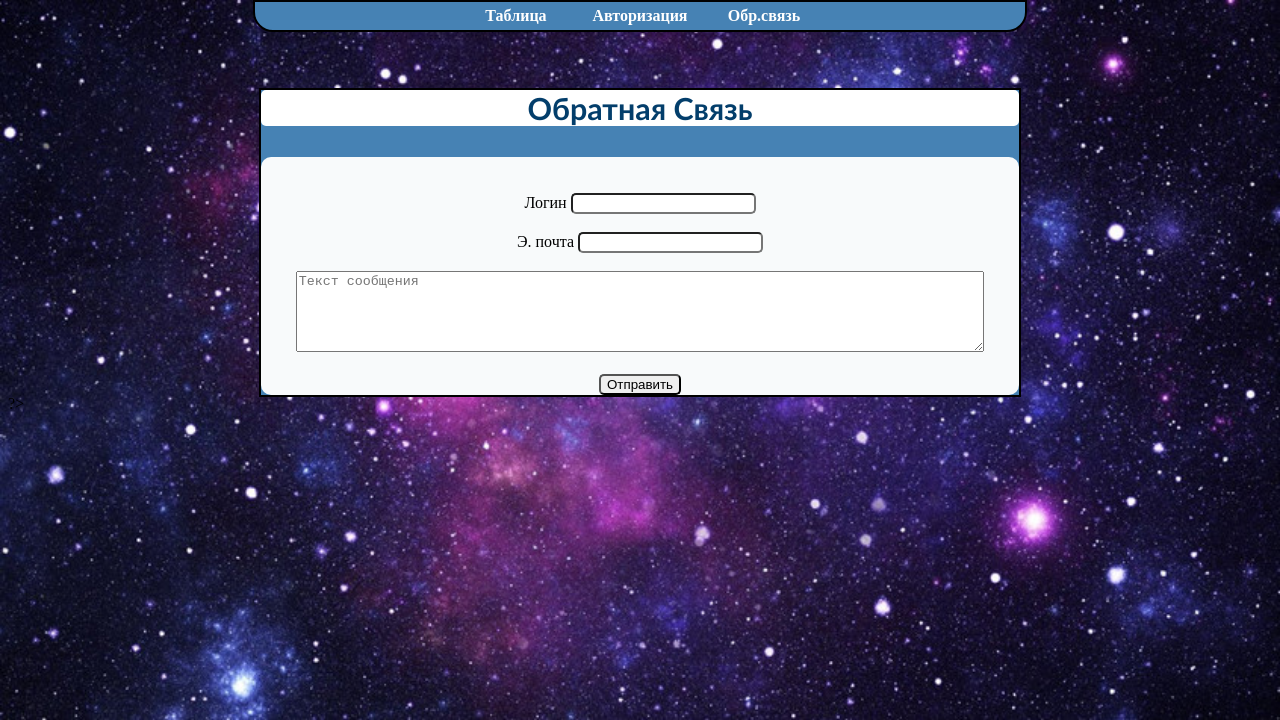
Repository: BeliaevAleksei/WeBCourse
Page: http://localhost/back.php
The author's editor kept a record of every edit. The page is drawn from the files as they stood at one moment, then again after the next edit.
The browser window is 1280 px wide. The pictures show the whole page.
The page is run by PHP 8.4 with error messages shown; the project is at /var/www/html/.

Above is the page before.

### Учебная практика/back.php
<!DOCTYPE html>
<html>
<head>
	<link rel="icon" type="image/x-icon" href="./img/znachok.jpg">
	<meta http-equiv="Content-Type" content="text/html; charset=utf-8" />
	<link rel="stylesheet" href="css/main.css">
	<title>Managment</title>

</head>
<body>
	<div class="page">
		<div class="header">
			<ul id="navbar">
				<li><a href="index.php">Таблица</a></li>
				<li><a href="authorization.php">Авторизация</a></li>
				<li><a href="back.php">Обр.связь</a></li>
			</ul>
		</div>
		<div class="main-text">
				<h3>Обратная Связь</h3>
			<div class="main-text-content">
			    <br><br>
				<form action="mail.php" method="post">
					<label for="logins"> Логин </label>
					<input type="text" required name="login" >
					<br><br>
					<label>
						Э. почта
						<input type="email" required name = "email"></input>
					</label>
					<br><br>
					<textarea required name="message" id="about" rows="5" placeholder="Текст сообщения"></textarea>
					<br><br>
					<input type="submit" value="Отправить">
					</form>
				</div>
			</div>
			</div>
			?>
	</div>
</div>
</div>
</body>

### Учебная практика/css/main.css

@media (min-width: 1024px) {
	body
	{
		background: url(../img/fon.jpg);
		background-position: center center;
		background-size: cover;
		background-attachment: fixed;
	}
	.main-text-content > img {
		width: 49%;
		height: 300px;
		display: inline-block;
	}
	a{
		font-size: 1.0em;
	}
	p{
		font-size: 1.0em;
	}

	h3{
		font-size: 1.9em;
	}
	h2{
		font-size: 1.3em;
	}
		.righttable{
		width: 26%;
		float: right;
	}
	.lefttable{
		width: 26%;
		float: left;
	}
}
@media (min-width: 720px) and (max-width: 1023px) {

	body {
		background: url(../img/fon.jpg);
		background-position: center center;
		background-size: cover;
		background-attachment: fixed;

	}
	.main-text-content > img {
		/*width: 400px;*/
		width: 40%;
		height: 300px;
		display: inline-block;
	}
	a{
		font-size: 0.8em;
	}
	p{
		font-size: 0.8em;
	}

	h3{
		font-size: 1.5em;
	}
	h2{
		font-size: 1.1em;
	}
		.righttable{
		width: 26%;
		float: right;
	}
	.lefttable{
		width: 26%;
		float: left;
	}
}

@media (min-width: 480px) and (max-width: 719px)
{
	body {
		background: url(../img/fon.jpg);
		background-position: center center;
		background-size: cover;
		background-attachment: fixed;
	}
	.main-text-content > img {
		/*width: 274px;*/
		width: 30%;
		height: 300px;
		display: inline-block;
	}
	a{
		font-size: 0.5em;
	}
	p{
		font-size: 0.5em;
	}

	h3{
		font-size: 1.2em;
	}
	h2{
		font-size: 0.8em;
	}
		.righttable{
		width: 26%;
		float: right;
	}
	.lefttable{
		width: 26%;
		float: left;
	}
}
@media (min-width: 320px) and (max-width: 479px)
{
	body {
		background: url(../img/fon.jpg);
		background-position: center center;
		background-size: cover;
		background-attachment: fixed;
	}
	.main-text-content > img {
		/*width: 173px;*/
		width: 20%;
		height: 200px;;
		display: inline-block;
	}
	a{
		font-size: 0.5em;
	}
	p{
		font-size: 0.5em;
	}

	h3{
		font-size: 1.2em;
	}
	h2{
		font-size: 0.8em;
	}
	.righttable{
		width: 26%;
		float: right;
	}
	.lefttable{
		width: 26%;
		float: left;
	}
}
@media (max-width: 319px)
{
	body {

		background: url(../img/fon.jpg);
		background-position: center center;
		background-size: cover;
		background-attachment: fixed;
	}
	.main-text-content > img {
		width: 172px;
		height: 110px;
		display: inline-block;
	}
	a{
		font-size: 0.5em;
	}
	p{
		font-size: 0.5em;
	}

	h3{
		font-size: 1.0em;
	}
	h2{
		font-size: 0.8em;
	}
	.righttable{
		width: 100%;
		float: none;
	}
	.lefttable{
		width: 100%;
		float: none;
	}
}

.page {
	width: 60%; /* Ширина элемента в пикселах */
	margin: auto; /* Выравниваем по центру */
	position: relative;
}

.header {
	justify-content: space-around;
	flex-wrap: wrap;
	align-items: center;
	position: relative;
	top: 0;
	min-height: 60px;
}

.main {
	line-height: 150px;
	position: relative;
}

#navbar {
	margin: 0;
	padding: 0;
	list-style-type: none;
}
#navbar li {
	display: inline;
}

#navbar {
	margin: -8px;
	padding: 0;
	list-style-type: none;
	border: 2px solid #000000;
	border-radius: 0px 0px 20px 20px;
	text-align: center;
	background-color:#4682B4;
}
#navbar a {
	color: #fff;
	padding: 5px 10px;
	text-decoration: none;
	font-weight: bold;
	display: inline-block;
	width: 100px;
}
#navbar a:hover {
	border-radius: 20px 5px;
	background-color: #B0C4DE;
}

.main-text{
	outline: 2px solid #000;
	background-color:#4682B4;
	margin:auto;
}


.main-text-content {
	background-color: rgba(255, 255, 254, 0.96);
	border-radius: 10px;
	margin:auto;
}

.main-text-content .clearbox {
	display: table;
}

.main-text > h3 {
	text-align: center;
	color: #033E6B;
	font-family: "Gabriela", TREBUCHET MS;
	background-color: #FFFFFF;
	border-radius: 5px;
}

.main-text-content > a {
	display: block;
	min-width: 20px;
	background-color: #FFFFFF;
	color: #033E6B;
	font-family: "Gabriela", TREBUCHET MS;
	border-bottom: 2px solid maroon; /* Параметры линии под текстом */
	font-weight: normal; /* Убираем жирное начертание */
	padding-bottom: 5px; /* Расстояние от текста до линии */
	text-align: left;
}


.main-text-content > p {
	display: block;
	text-indent: 2em;
	margin: 0 5px;
	color: #033E6B;
	border-radius: 5px;
	line-height: 34px;
}

.main-text-content img {
	margin-bottom: 10px;
	-o-object-fit: cover;
	object-fit: cover; /* способ встраивания содержимого в элемент */
	object-position: center; /* способ размещения содержимого в элементе */
}
.main-text-content .clearbox {
	display: table;
	clear: both;
}

#imginf {
	float: left; /* задает выравнивание элемента */
	margin-right: 10px;
}



.lefttable{
	display: table;
	background-color: #FFFFFF;
	border-radius: 5px;
}

.righttable{
	display: table;
	background-color: #FFFFFF;
	border-radius: 5px;
}
/*form{*/
/*	margin: 0  1%;*/
/*}*/
label{
	align-items: center;
	text-align: center;
}
form{
	align-items: center;
	text-align: center;
}
#about{
	width: 90%;
}
TABLE {
    width: 60%;
    margin: auto;
   }
   TD {
   	width: 60%;
    margin: auto;
   }

input {
    border-radius: 5px;
}

After the next edit:
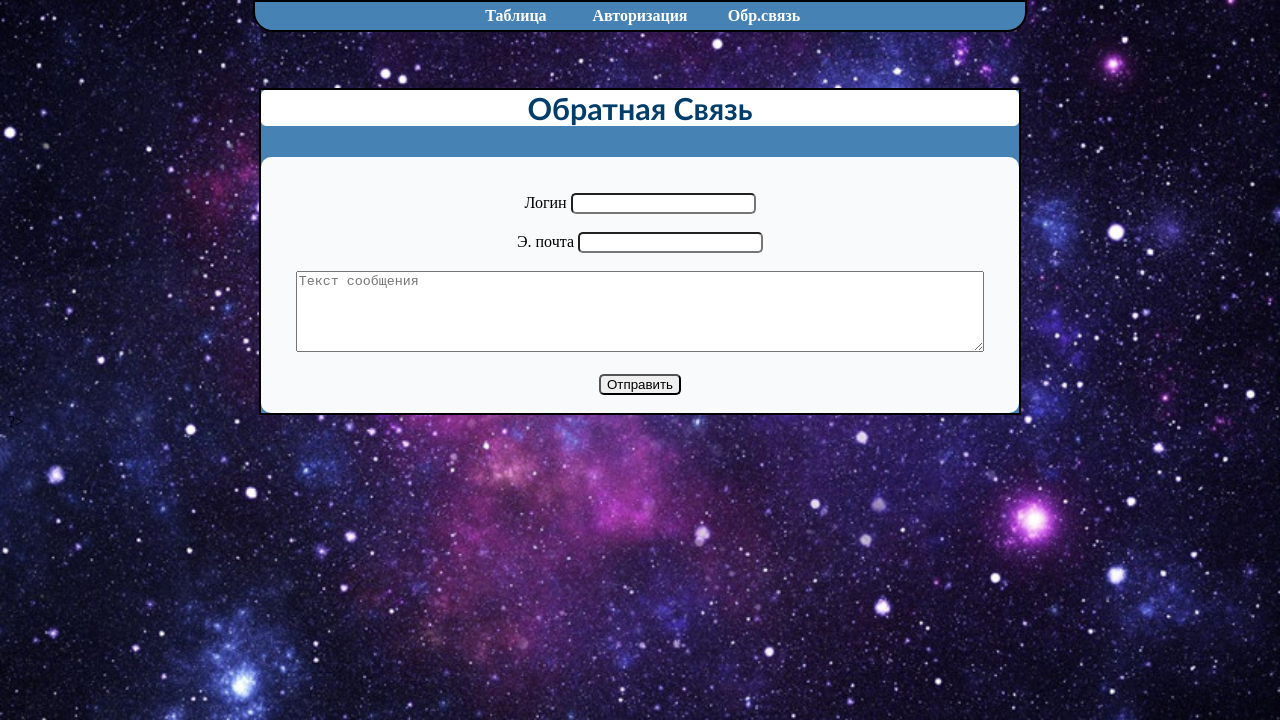
The edit:
--- a/Учебная практика/back.php
+++ b/Учебная практика/back.php
@@ -32,6 +32,7 @@
 					<textarea required name="message" id="about" rows="5" placeholder="Текст сообщения"></textarea>
 					<br><br>
 					<input type="submit" value="Отправить">
+					<br><br>
 					</form>
 				</div>
 			</div>
